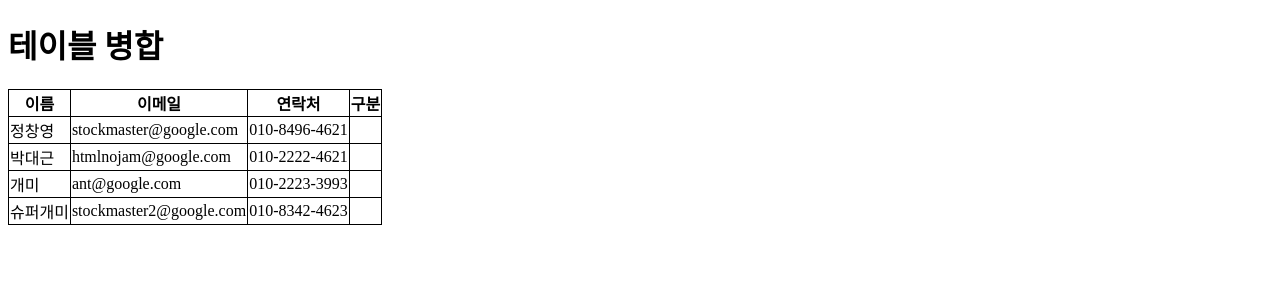
Repository: keeka2/webPractice
Page: MyStudy/HTML_Study/work/0821/WebContent/ex5_table.html
The author's editor kept a copy of each file at every save. The page is drawn from the files as they stood at one save, then again after the next save.
The browser window is 1280 px wide. The pictures show the whole page.

Above is the page before, as saved 2020-08-21 05:56:55.

After the next save:
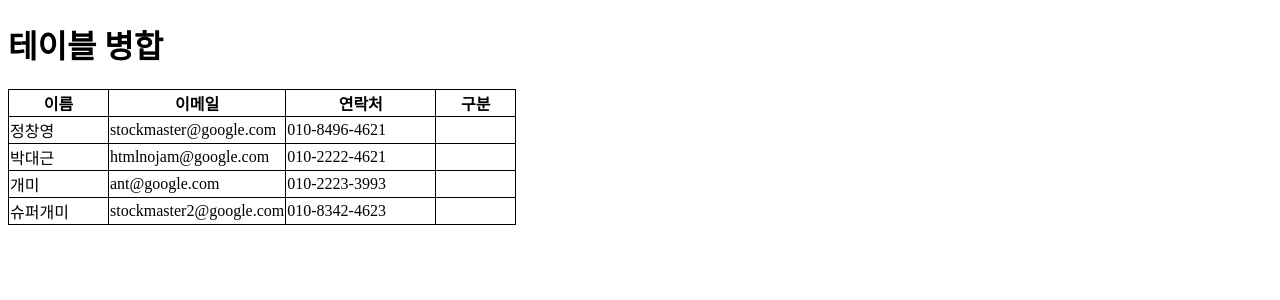
Saved 3 min 24 s later.
--- a/MyStudy/HTML_Study/work/0821/WebContent/ex5_table.html
+++ b/MyStudy/HTML_Study/work/0821/WebContent/ex5_table.html
@@ -22,6 +22,12 @@
 	<article><!-- 현재문서의 본문 -->
 		<div>
 			<table>
+				<colgroup>
+					<col width="100"/>
+					<col width="*"/>
+					<col width="150"/>
+					<col width="80"/>
+				</colgroup>
 				<tbody>
 					<tr>
 						<td>정창영</td>
